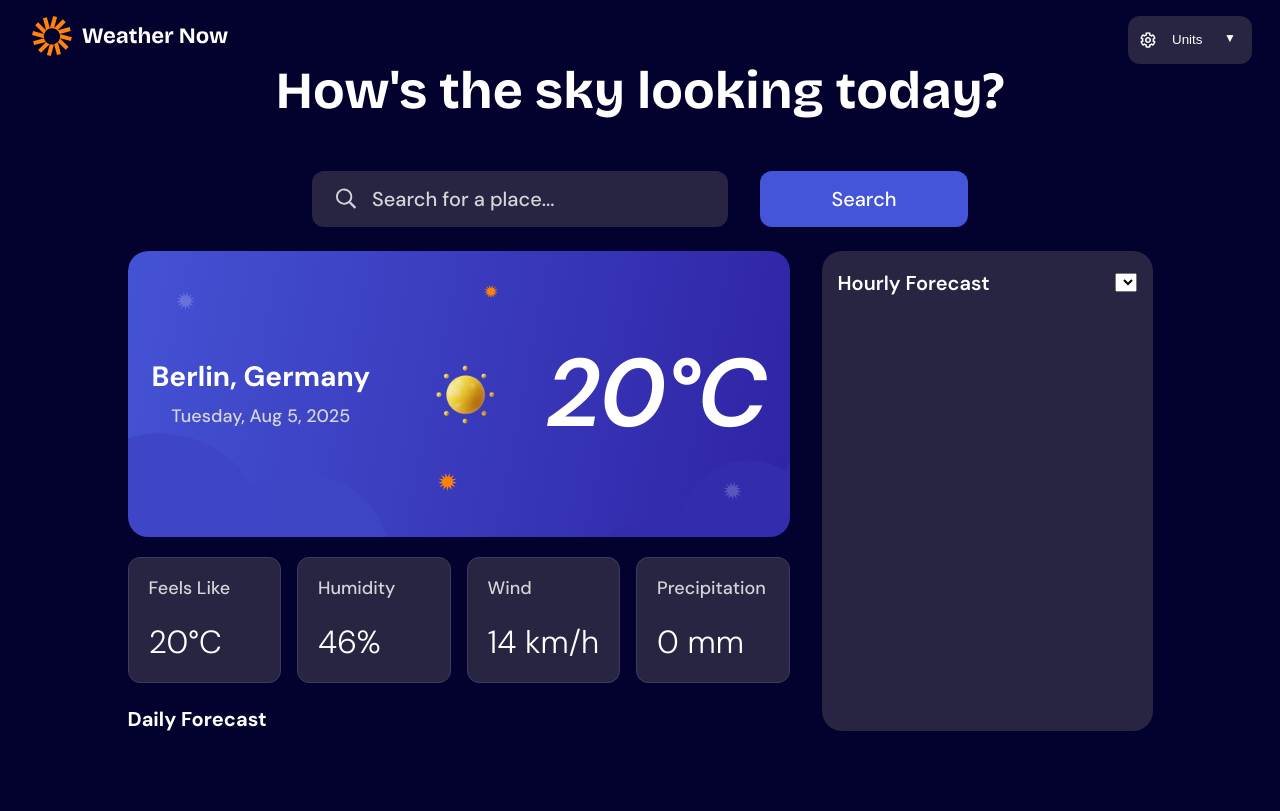
Repository: MKwaak/weather-app-main
Page: index.html
The author's editor kept a copy of each file at every save. The page is drawn from the files as they stood at one save, then again after the next save.
The browser window is 1280 px wide. The pictures show the whole page.
The page's requests for data from a server got no answer.

Above is the page before, as saved 2026-01-27 00:05:02.

After the next save:
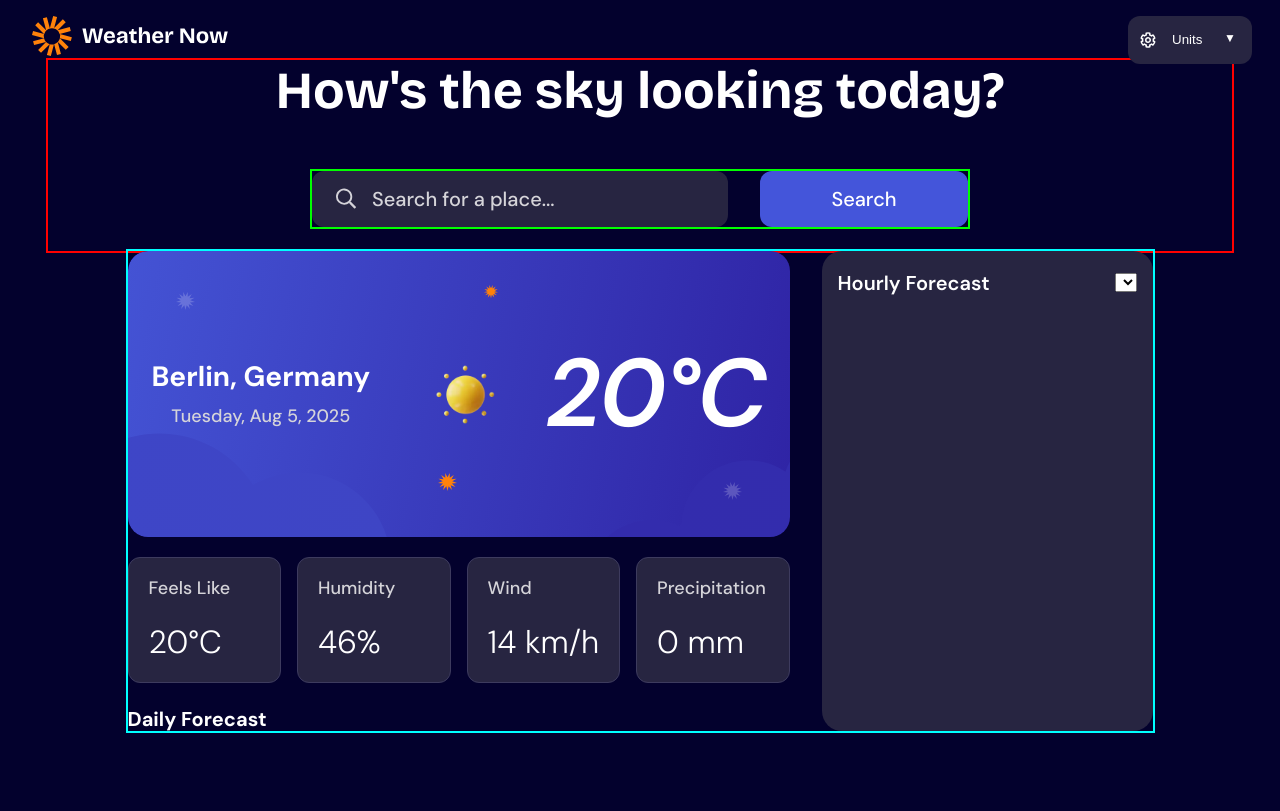
Saved 3 min 4 s later.
--- a/style.css
+++ b/style.css
@@ -628,3 +628,12 @@
   max-width: calc(656 / 16 * 1rem);
   margin: 0 auto 24px auto; /* center horizontally + gap below */
 }
+.hero__content {
+  outline: 2px solid red !important;
+}
+.hero__search {
+  outline: 2px solid lime !important;
+}
+.dashboard {
+  outline: 2px solid cyan !important;
+}
